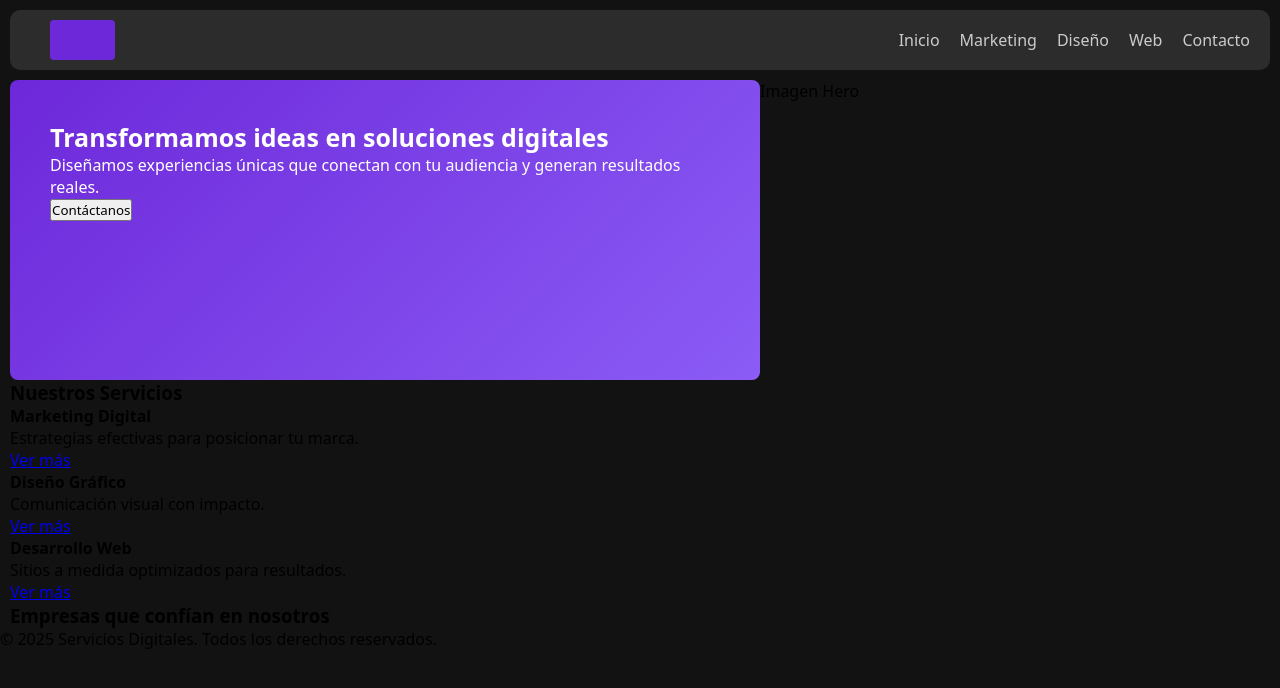
Repository: santinogarrone/TrabajoAgustin
Page: html/index.html
An editor plug-in stored every save of this project. The page is shown before and after the next save, followed by the edit.
The browser window is 1280 px wide. The pictures show the whole page.

Above is the page before, as saved 2025-05-02 12:10:25.

### html/index.html
<!DOCTYPE html>
<html lang="en">
<head>
    <meta charset="UTF-8">
    <meta name="viewport" content="width=device-width, initial-scale=1.0">
    <link rel="stylesheet" href="../css/style.css">
    <title>Página de Agustin</title>
</head>
<body>

    <header>
        <nav class="nav-bar">
            <div class="cuadrado-violeta">

            </div>


            <ul class="nav-list">
                <li class="nav-item"><a href="">Inicio</a></li>
                <li class="nav-item"><a href="">Marketing</a></li>
                <li class="nav-item"><a href="">Diseño</a></li>
                <li class="nav-item"><a href="">Web</a></li>
                <li class="nav-item"><a href="">Contacto</a></li>
            </ul>

            <button class="menu-icon" aria-label="menu">
                <span class="menu-line"></span>
                <span class="menu-line"></span>
                <span class="menu-line"></span>
            </button>
        </nav>
    </header>
        <main>

            <section class="main-contact">
                <div class="contacto">
                    <h2 class="tit-contacto">Transformamos ideas en soluciones digitales</h2>
                    <p class="explicacion">Diseñamos experiencias únicas que conectan con tu audiencia y generan resultados reales.</p>

                    <button class="boton-contactar" onclick="location.href='../html/contacto.html'">
                        Contáctanos
                    </button>
                </div>

                <div class="img-hero">
                    Imagen Hero
                </div>
            </section>

            <section class="servicios">
                <h3>Nuestros Servicios</h3>

                <div class="card">
                    <h4>Marketing Digital</h4>
                    <p>Estrategias efectivas para posicionar tu marca.</p>
                    <a href="../html/marketing.html">Ver más</a>
                </div>

                <div class="card">
                    <h4>Diseño Gráfico</h4>
                    <p>Comunicación visual con impacto.</p>
                    <a href="#">Ver más</a>
                </div>

                <div class="card">
                    <h4>Desarrollo Web</h4>
                    <p>Sitios a medida optimizados para resultados.</p>
                    <a href="#">Ver más</a>
                </div>

            </section>

            <section class="empresas">
                <h3>Empresas que confían en nosotros</h3>
                <article class="logos">
                    <div class="logo"></div>
                    <div class="logo"></div>
                    <div class="logo"></div>
                    <div class="logo"></div>
                </article>

            </section>

        </main>

    <footer>
        <div class="ftr">
            <p>&copy; 2025 Servicios Digitales. Todos los derechos reservados.</p>
        </div>
    </footer>
</body>
</html>

### css/style.css
@import url(./global.css);

*{
    margin: 0;
    padding: 0;
    box-sizing: border-box;
    font-family: var(--font-family);
}


body{
    background-color: var(--fondo-color);
    height: 100%;
}
main{
    margin: 0 10px;
}

header{
    padding: 10px;
}
.cuadrado-violeta{
    display: block;
    width: 65px;
    height: 40px;
    background-color: var(--primary-color-original);
    border-radius: 4px;
    margin-left: 20px;
}


.nav-bar {
    display: flex;
    align-items: center;
    justify-content: space-between;
    background-color: #2c2c2c;
    padding: 10px 20px;
    border-radius: 10px;
    position: relative;
  }

  .menu-icon {
    display: none;
  }

  .menu-line {
    height: 4px;
    background-color: white;
    border-radius: 2px;
    width: 100%;
  }

  .nav-list {
    display: flex;
    gap: 20px;
    list-style: none;
    margin: 0;
    padding: 0;
  }

  .nav-item a {
    color: #ccc;
    text-decoration: none;
  }

  .main-contact{
    display: flex;
  }
  .main-contact .contacto{
    background: var(--primary-color-gradient);
    border-radius: 8px;
    color: var(--texto-color);
    padding: 40px;
    max-width: 750px;
    height: 300px;
    flex-direction: column;
    gap: 20px;
  }

  .tit-contacto{
    font-size: 25px;
  }

@media (375px >= width) {

    .hero-img{
        display: none;
    }
    .hero-texto p{
        display: none;
    }
    body{
        background-color: var(--fondo-color);
        height: 100%;
    }

    header{
        background-color: var(--superficie-dos);
        position: sticky;
        top: 0;
        margin: 0;
        border-radius: 0;
    }

    main{
        margin: 0px;
    }
    .explicacion{
        display: none;
    }

    .nav-list{
        display: none;
    }

    .img-hero{
        display: none;
    }
    .cuadrado-violeta{
        display: block;
        width: 65px;
        height: 40px;
        background-color: var(--primary-color-original);
        border-radius: 4px;
        margin-left: 20px;
    }

    .menu-icon{
        width: 30px;
        height: 30px;
        background: transparent;
        display: flex;
        flex-direction: column;
        gap: 4px;
        height: fit-content;
        border: none;
    }

    .menu-line{
        width: 100%;
        height: 4px;
        background-color: var(--texto-color);
        border: none;
        border-radius: 4px;

    }

    .nav-bar{
        display: flex;
        justify-content: space-between;
        align-items: center;
        padding: 5px 16px;
    }


    .main-contact{
        display: flex;
        padding: 24px;
        justify-content: center;
        align-items: center;
    }

    .contacto{
        display: block;
        padding: 34px;
        background: var(--primary-color-gradient);
        border-radius: 10px;
        color: var(--texto-color);
        height: auto;
        font-size: 12px;
    }

    .contacto .tit-contacto{
        text-align: center;
        align-items: center;
        font-weight: bold;
        margin-top: 30px;
    }

    .boton-contactar{
        display: block;
        margin: 0 auto;
        margin-bottom: 20px;
        margin-top: 12px;
        padding: 5px 20px;
        color: var(--primary-claro);
        background-color: var(--fondo-color);
        border-radius: 6px;
        cursor: pointer;
    }

    .servicios{
        display: flex;
        flex-direction: column;
        margin: 0 20px;
    }

    .servicios h3{
        color: var(--texto-color);
    }

    .card{
        margin-top: 5px;
        align-items: center;
        justify-content: center;
        background-color: var(--superficie-dos);
        border-radius: 8px;
        padding: 12px;
        margin-bottom: 15px;
    }

    .card h4{
        color: var(--texto-color);
    }

    .card p{
        color: var(--texto-secundario);
        padding-bottom: 20px;
    }

    .card a{
        display: inline-block;
        margin-bottom: 20px;
        color: var(--texto-color);
        cursor: pointer;
    }

    .empresas{
        display: flex;
        flex-direction: column;
        align-items: flex-start;
        margin-left: 20px;
    }

    .empresas h3{
        color: var(--texto-color);
        margin-bottom: 1rem;
    }

    .logos{
        margin-top: 5px;
        width: 335px;
        display: flex;
        justify-content: center;
        align-items : center;
        gap: 5px;
        background-color: var(--superficie-dos);
        border-radius: 8px;
        padding: 20px;
        margin-bottom: 10px;
    }

    .logo{
        width: 60px;
        height: 30px;
        background-color: #444444;
        border-radius: 5px;
    }

    .ftr{
        background-color: var(--superficie-dos);
        border-radius: 8px;
        text-align: center;
        margin: 15px 10px;
        padding: 16px;
        color: var(--texto-secundario);
    }
}

### css/global.css
:root{
    --primary-color-gradient : linear-gradient(135deg, #6D28D9, #8B5CF6);
    --primary-color-original : #6D28D9;
    --primary-claro : #8b5cf6;
    --secundary-color : #10b981;
    --acento-color : #f5930b;
    --fondo-color : #121212;
    --superficie-color : #1e1e1e;
    --superficie-dos : #2d2d2d;
    --texto-secundario : #A0A0A0;

    --texto-color : #fff;
    --font-family : 'system-ui'
}

After the next save:
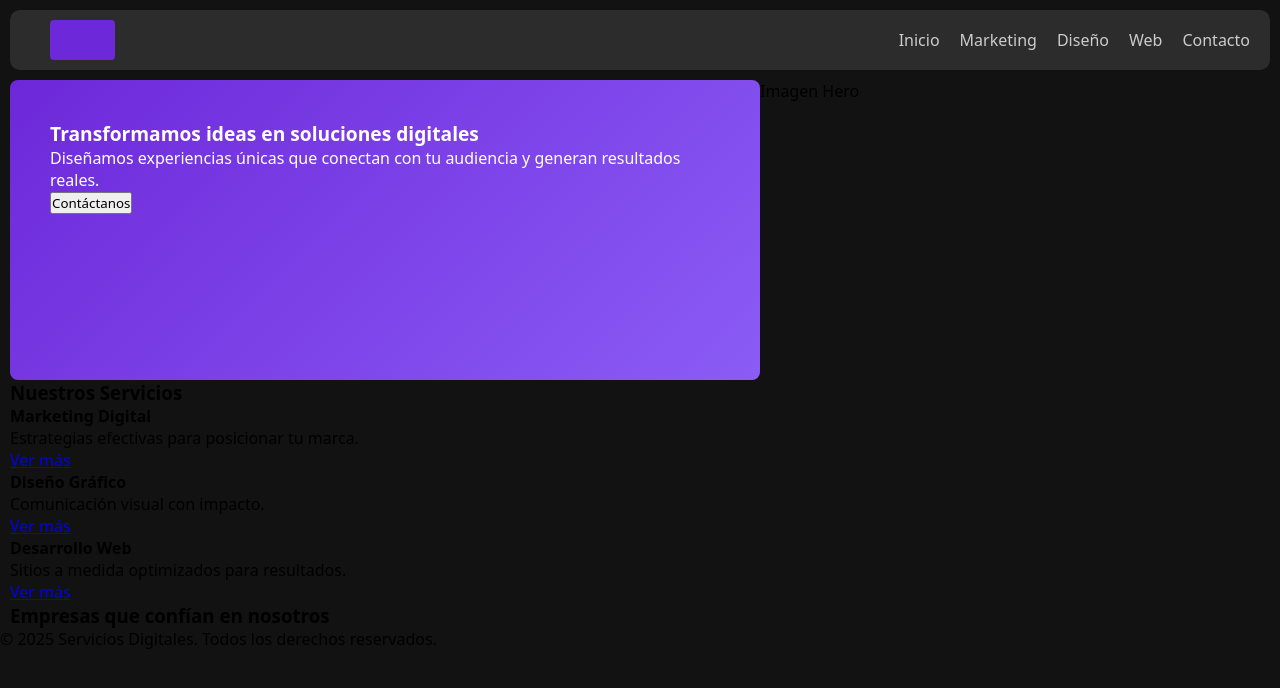
Saved 14 s later.
--- a/css/style.css
+++ b/css/style.css
@@ -78,7 +78,7 @@ header{
   }
 
   .tit-contacto{
-    font-size: 25px;
+    font-size: 1.2rem;
   }
 
 @media (375px >= width) {
